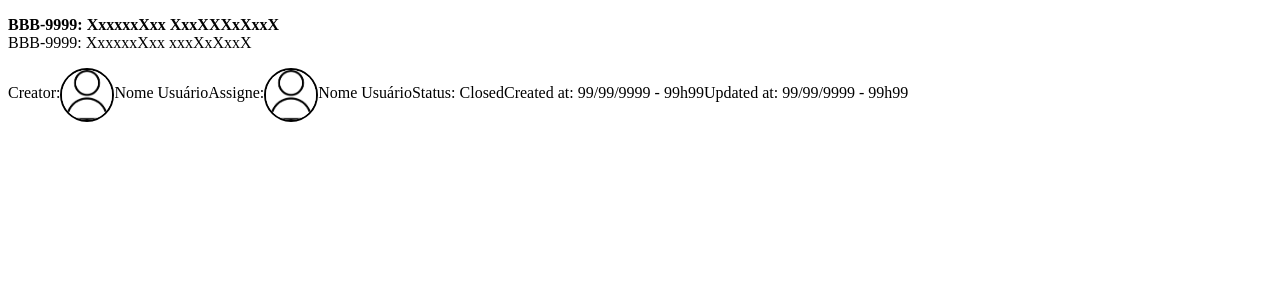
Repository: AnaBerlanda/PaginaFer
Page: index.html
These files come from the project's save history. The page is drawn as it stood at one moment and after the next save; the edit follows.
The browser window is 1280 px wide. The pictures show the whole page.

Above is the page before, as saved 2022-05-20 15:54:50.

After the next save:
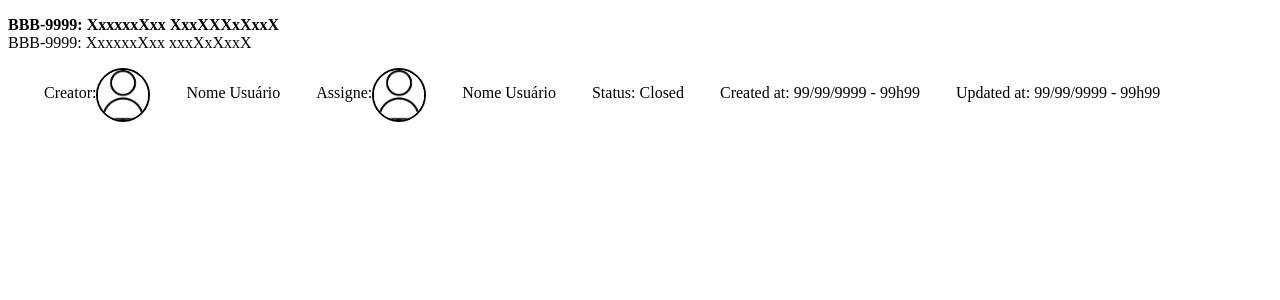
Saved 3 min 15 s later.
--- a/index.css
+++ b/index.css
@@ -8,3 +8,6 @@
     border-radius: 50%;
     border: 2px solid black;
 }
+.textos{
+    margin-left: 36px;
+}
